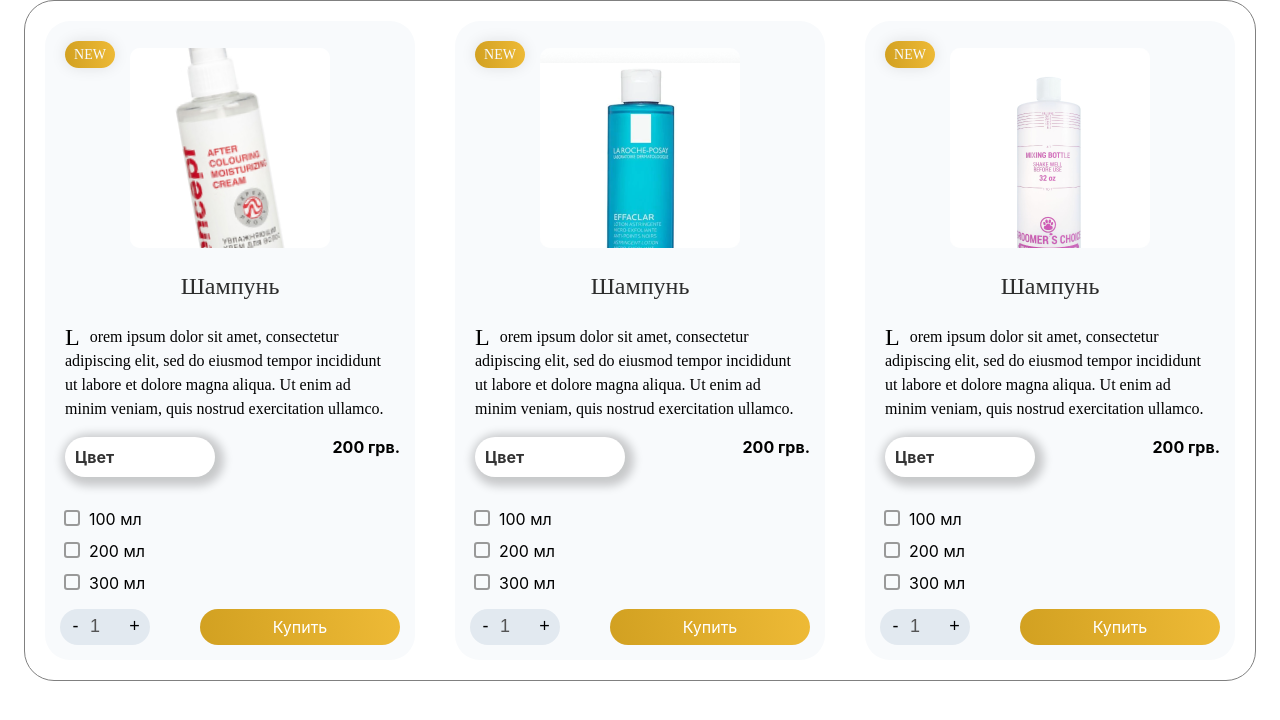
Repository: MiroslavWise/shamptu
Page: /
An editor plug-in stored every save of this project. The page is shown before and after the next save, followed by the edit.
The browser window is 1280 px wide. The pictures show the whole page.
The pointer rests on the first visible `.image img`.
The project was rebuilt for these pictures with package versions that can differ from the ones it lists, and the page was loaded fresh each time. Also part of the build but not shown: src/App.css.

Above is the page before, as saved 2022-02-17 18:33:22.

After the next save:
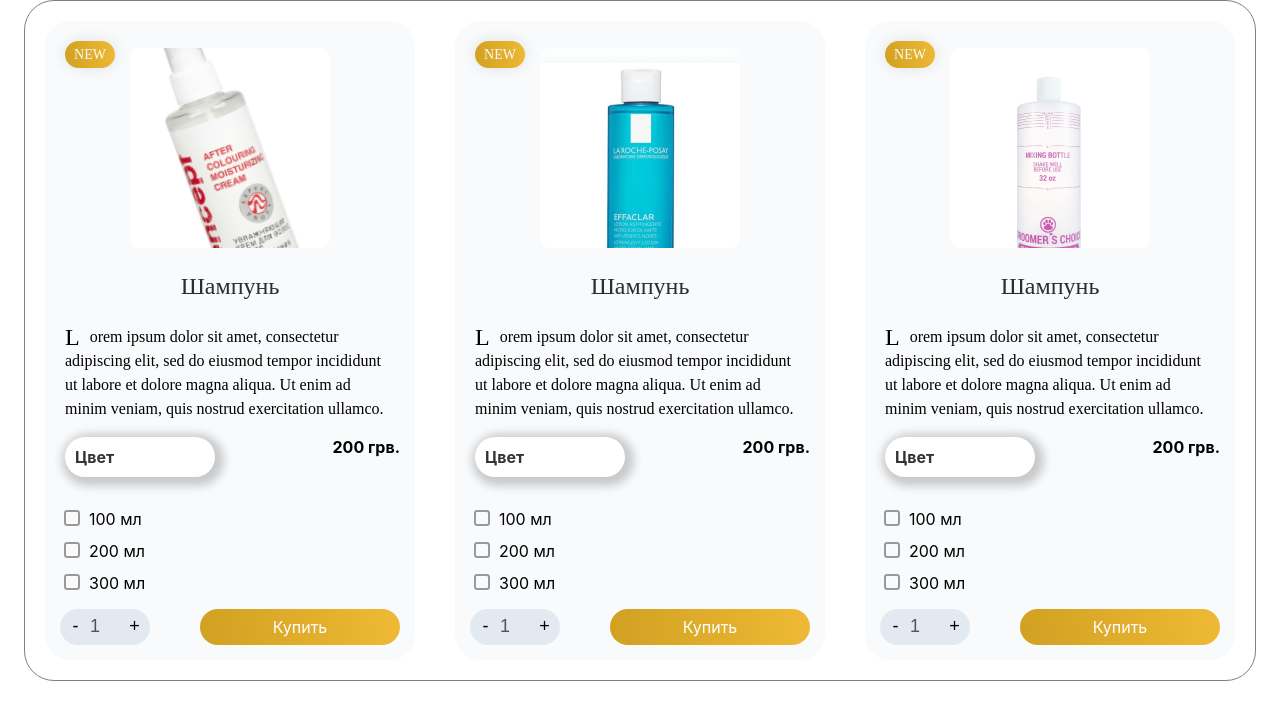
Saved 12 s later.
--- a/src/components/items/style.css
+++ b/src/components/items/style.css
@@ -73,9 +73,9 @@
     }
 
    .image img:hover{
-    -webkit-transform: scale(1.3) rotate(-10deg);
-    -moz-transform: scale(1.3) rotate(-10deg);
-    -o-transform: scale(1.3) rotate(-10deg);
+    -webkit-transform: scale(1.3) rotate(-20deg);
+    -moz-transform: scale(1.3) rotate(-20deg);
+    -o-transform: scale(1.3) rotate(-20deg);
     }
 
 .text{
